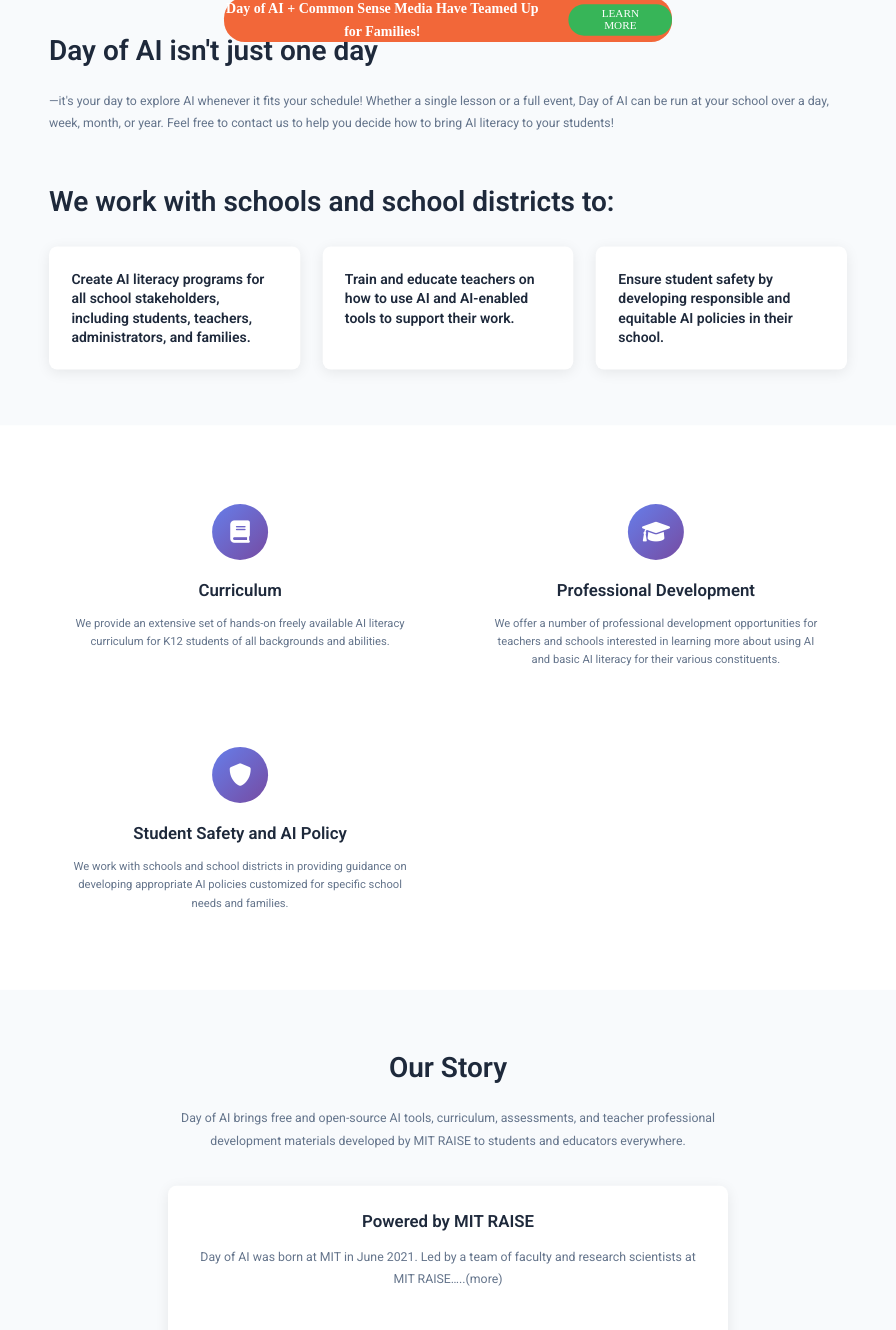
Repository: dinhtri123/dayofai
Page: index.html
These files come from the project's save history. The page is drawn as it stood at one moment and after the next save; the edit follows.
The browser window is 1280 px wide. The pictures show the part of the page from y = 660 to 2560 px (the page is 3687 px tall), at 70% of full size.
A picture or video elsewhere on the page could not be fetched, so the positions and the page height are approximate. Some web fonts or font styles are not loaded; a fallback is used.

Above is the page before, as saved 2025-06-29 08:34:31.

After the next save:
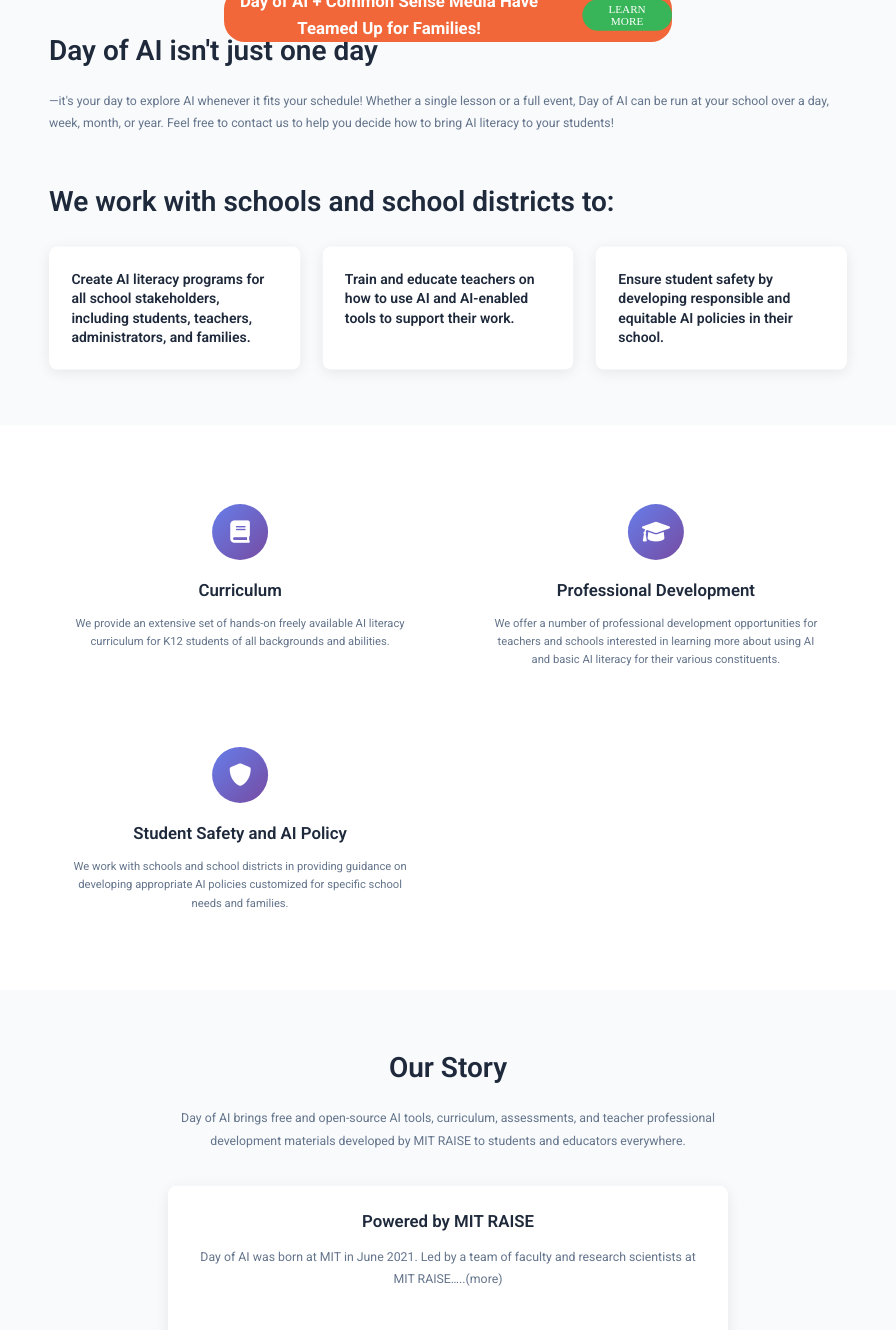
Saved 20 s later.
--- a/styles.css
+++ b/styles.css
@@ -254,9 +254,9 @@
   border-radius: 30px;
 }
 .hero-bottom h3 {
-  font-size: 20px;
-  font-family: var(--font-secondary);
-  font-weight: 700;
+  font-size: 24px;
+  color: white;
+  padding: 0px 20px;
 }
 
 /* Main Content Section */
